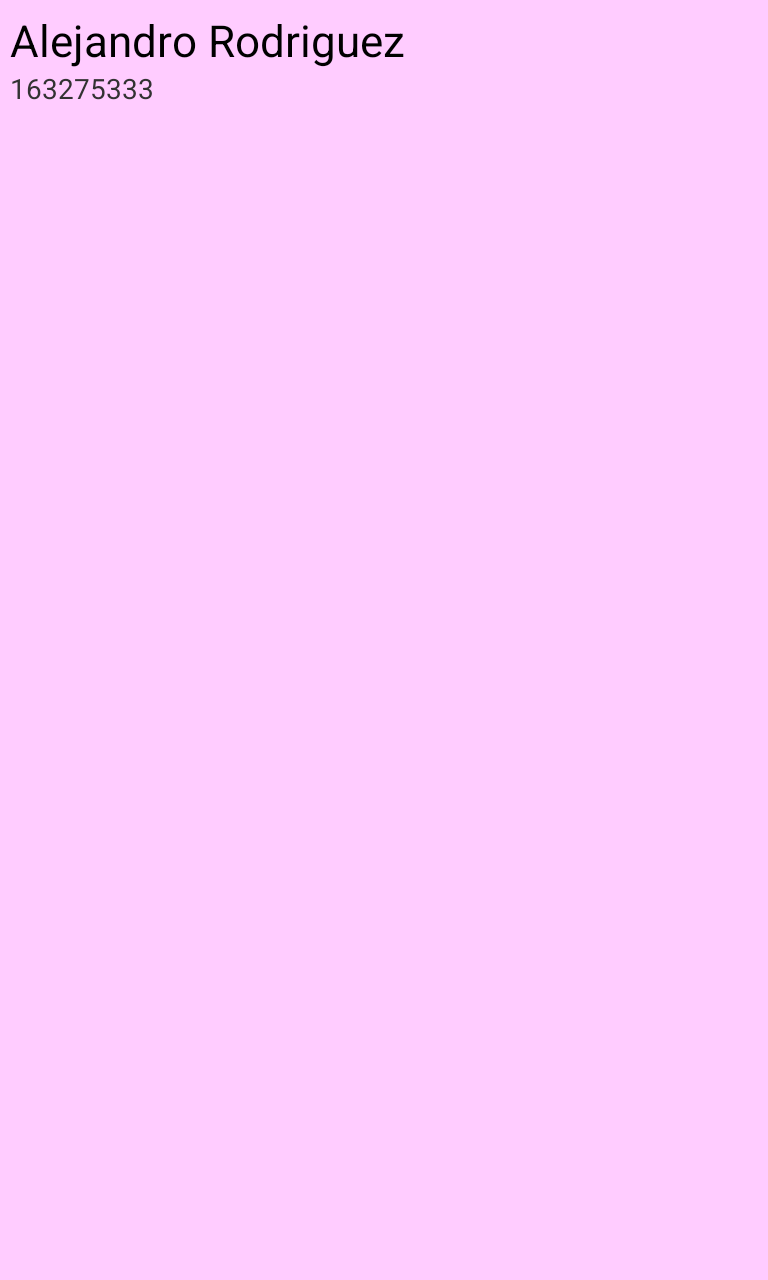
Repository: arodriguezp2003/aqandroid
Layout: BlueFlameWMS/res/layout/item_cliente.xml
An editor plug-in stored every save of this project. The layout is shown before and after the next save, followed by the edit.
It is drawn on a 768 x 1280 px phone screen (xhdpi) without system bars, with theme AppTheme; the app's code is not run.

Above is the layout before, as saved 2014-06-24 18:53:06.

After the next save:
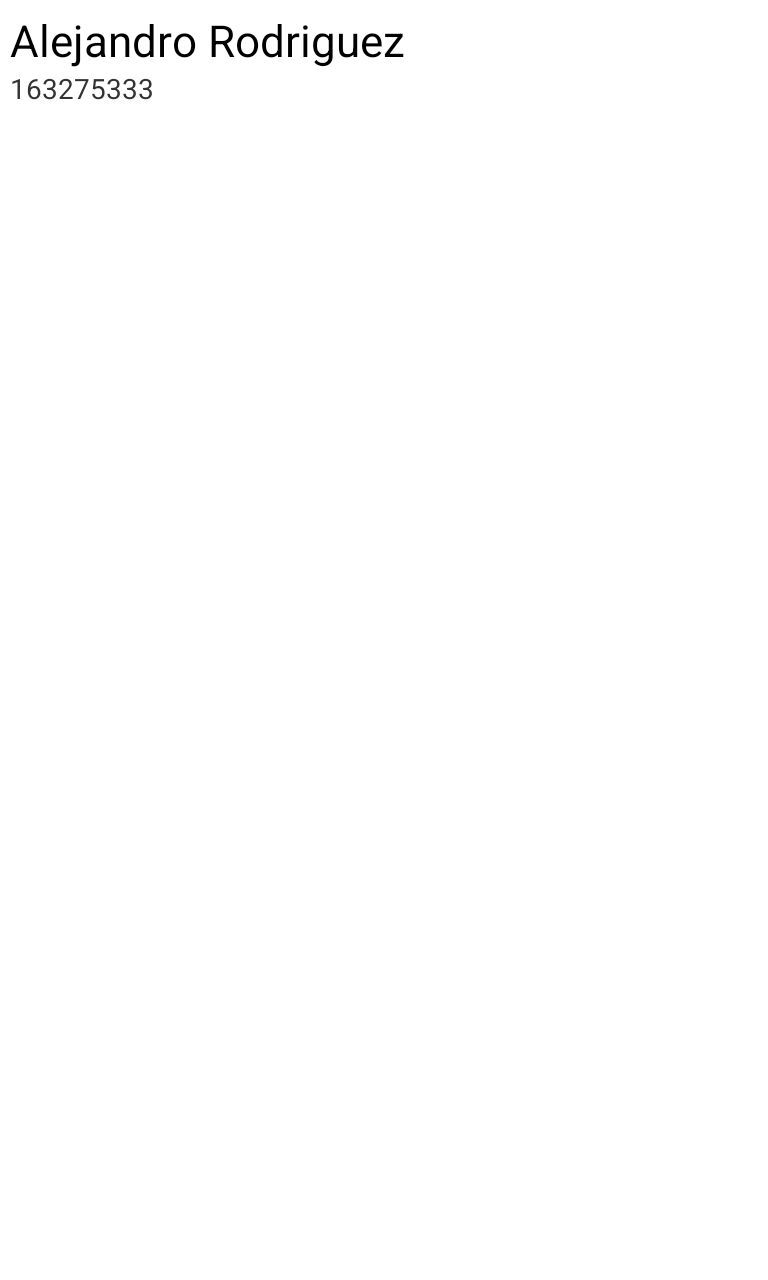
Saved 45 s later.
--- a/BlueFlameWMS/res/layout/item_cliente.xml
+++ b/BlueFlameWMS/res/layout/item_cliente.xml
@@ -2,7 +2,6 @@
  android:layout_width="match_parent"
  android:layout_height="match_parent"
  android:orientation="vertical"
- android:background="#FCF"
  android:padding="5dp"
  android:layout_marginBottom="5dp"
   >
